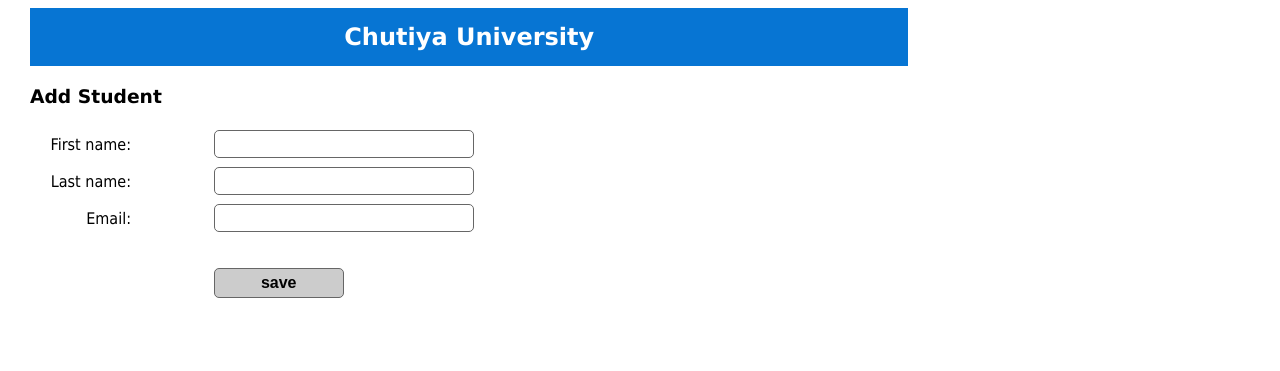
Repository: shafa45/JSP-SERVLET-JDBC-Tutorial
Page: http://localhost/web-student-tracker/add-student-form.jsp
The author's editor kept a copy of each file at every save. The page is drawn from the files as they stood at one save, then again after the next save.
The browser window is 1280 px wide. The pictures show the whole page.
The page is served by Tomcat 9. Other server files are loaded and not shown.

Above is the page before, as saved 2022-11-25 14:48:58.

### web-student-tracker/WebContent/add-student-form.jsp
<!DOCTYPE html>
<html>

<head>
	<title>Add Student</title>

	<link type="text/css" rel="stylesheet" href="css/style.css" />
	<link type="text/css" rel="stylesheet" href="css/add-student-style.css" />
</head>

<body>
	<div id = "wrapper">
		<div id= "header">
			<h2>Chutiya University</h2>
		</div>
	</div>

	<div id="container">
		<h3>Add Student</h3>

		<form action="StudentControllerServlet" method="GET">
			<input type="hidden" name="command" value="ADD" />
			<table>
				<tbody>
					<tr>
						<td><label>First name:</label></td>
						<td><input type="text" name = 'firstName'/></td>
					</tr>

					<tr>
						<td><label>Last name:</label></td>
						<td><input type="text" name = 'lastName'/></td>
					</tr>

					<tr>
						<td><label>Email:</label></td>
						<td><input type="text" name = 'email'/></td>
					</tr>
				</tbody>

				<tr>
						<td><label></label></td>
						<td><input type="submit" value = 'save' class="save"/></td>
					</tr>
			</table>
		</form>
	</div>

</body>


</html>

### web-student-tracker/WebContent/css/style.css
html, body{
	margin-left:15px; margin-right:15px;
	padding:0px;
	font-family:Verdana, Arial, Helvetica, sans-serif;
}

table {
	border-collapse:collapse;
	border-bottom:1px solid gray;
	font-family: Tahoma,Verdana,Segoe,sans-serif;
	width:72%;
}

th {
	border-bottom:1px solid gray;
	background:none repeat scroll 0 0 #0775d3;
	padding:10px;
	color: #FFFFFF;
}

tr {
	border-top:1px solid gray;
	text-align:center;
}

tr:nth-child(even) {background: #FFFFFF}
tr:nth-child(odd) {background: #BBBBBB}

#wrapper {width: 100%; margin-top: 0px; margin-bottom: 20px; }
#header {width: 72%; background: #0775d3; margin-top: 0px; padding:15px 0px 15px 0px; text-align:center;}
#header h2 {width: 100%; margin:auto; color: #FFFFFF;}
#container {width: 100%; margin:auto}
#container h3 {color: #000;}
#container #content {margin-top: 20px;}

.add-student-button {
	border: 1px solid #666;
	border-radius: 5px;
	padding: 4px;
	font-size: 12px;
	font-weight: bold;
	width: 120px;
	padding: 5px 10px;

	margin-bottom: 15px;
	background: #cccccc;
}

Loaded but not shown: web-student-tracker/WebContent/css/add-student-style.css (common file)

After the next save:
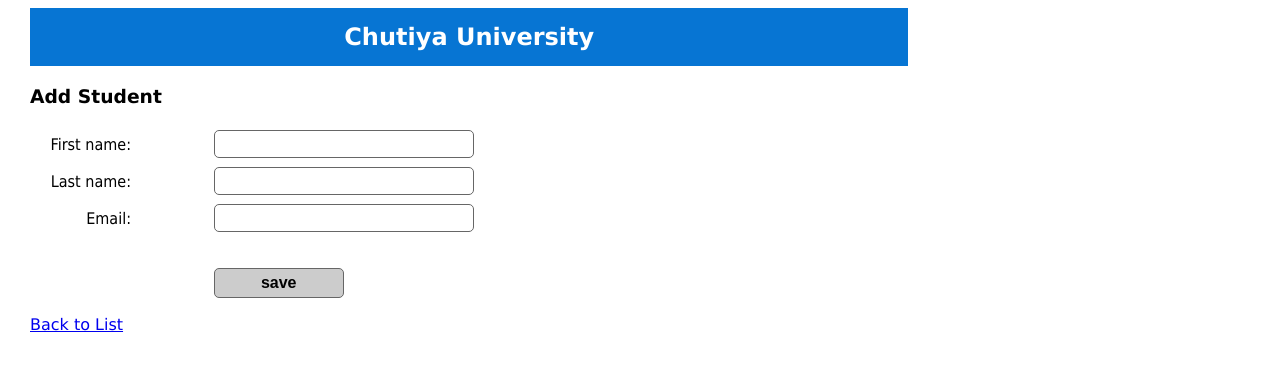
Saved 89 s later.
--- a/web-student-tracker/WebContent/add-student-form.jsp
+++ b/web-student-tracker/WebContent/add-student-form.jsp
@@ -44,6 +44,12 @@
 					</tr>
 			</table>
 		</form>
+
+		<div style="clear: both;">
+			<p>
+				<a href='StudentControllerServlet'>Back to List</a>
+			</p>
+		</div>
 	</div>
 
 </body>
